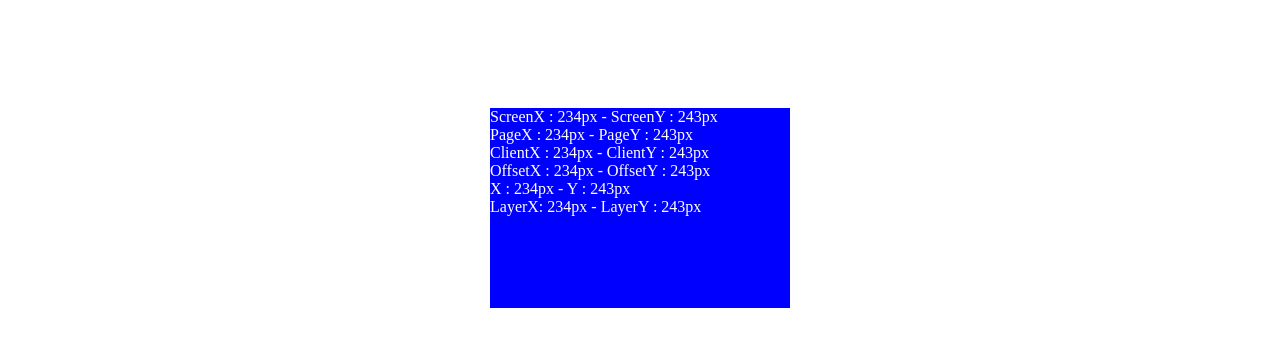
Repository: khanhbinh87/learnJs
Page: customSelect/Mouse/index.html
These files come from the project's save history. The page is drawn as it stood at one moment and after the next save; the edit follows.
The browser window is 1280 px wide. The pictures show the whole page.

Above is the page before, as saved 2021-06-18 00:12:34.

### customSelect/Mouse/index.html
<!DOCTYPE html>
<html lang="en">
<head>
    <meta charset="UTF-8">
    <meta name="viewport" content="width=device-width, initial-scale=1.0">
    <title>Document</title>
    <style>
        .container{
            width: 1170px;
            margin: 0 auto;
            padding: 100px 0;
        }
        .box{
            width: 300px;
            height: 200px;
            color: #fff;
            background-color: blue;
            margin: 0 auto;
        }
    </style>
</head>
<body>
    <div class="container">
        <div class="box">
            <div id="screen"> ScreenX : 234px - ScreenY : 243px</div>
            <div id="page"> PageX : 234px - PageY : 243px</div>
            <div id="client"> ClientX : 234px - ClientY : 243px</div>
            <div id="offset"> OffsetX : 234px - OffsetY : 243px</div>
            <div id="xy"> X : 234px - Y : 243px</div>
            <div id="layout"> LayerX: 234px - LayerY : 243px</div>


        </div>
    </div>
</body>
<script src="main.js"></script>
</html>

### customSelect/Mouse/main.js
var boxEl = document.querySelector('.box')

boxEl.addEventListener('mouseover',function(e){
    // console.log('mouseover',e);

})
boxEl.addEventListener('mousemove',function(e){


    boxEl.querySelector('#screen').innerHTML = `ScreenX : ${e.screenX} - ScreenY : ${e.screenY}`;
    boxEl.querySelector('#page').innerHTML = `PageX : ${e.pageX} - PageY : ${e.pageY}`;
    boxEl.querySelector('#client').innerHTML = `ClientX : ${e.clientX} - ClientY : ${e.clientY}`;
    boxEl.querySelector('#offset').innerHTML = `OffsetX : ${e.offsetX} - OffsetY : ${e.offsetY}`;
    boxEl.querySelector('#xy').innerHTML = `X : ${e.x} - Y : ${e.y}`;
    boxEl.querySelector('#layout').innerHTML = `LayerX : ${e.layerX} - LayerY : ${e.layerY}`;


})
boxEl.addEventListener('mouseleave',function(e){
    // console.log('mouseleave',e);

})
boxEl.addEventListener('mouseout',function(e){
    // console.log('mouseout',e);

})
/*
    OFFsetX -> la k/c tu mouse den vien ben trai cua chinh no
    offsetY -> la k/c tu mouse den vien ben tren cua chinh no
 */

After the next save:
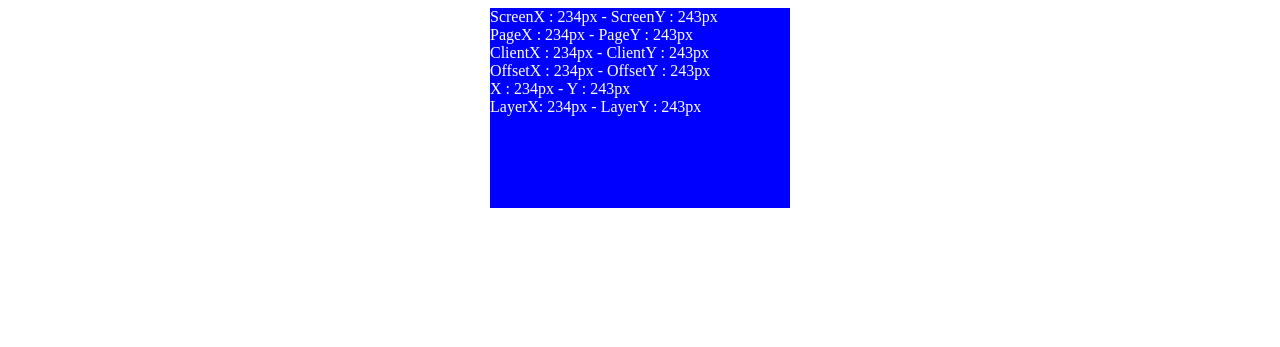
Saved 9 h 13 min later.
--- a/customSelect/Mouse/index.html
+++ b/customSelect/Mouse/index.html
@@ -8,7 +8,7 @@
         .container{
             width: 1170px;
             margin: 0 auto;
-            padding: 100px 0;
+            /* padding: 100px 0; */
         }
         .box{
             width: 300px;
